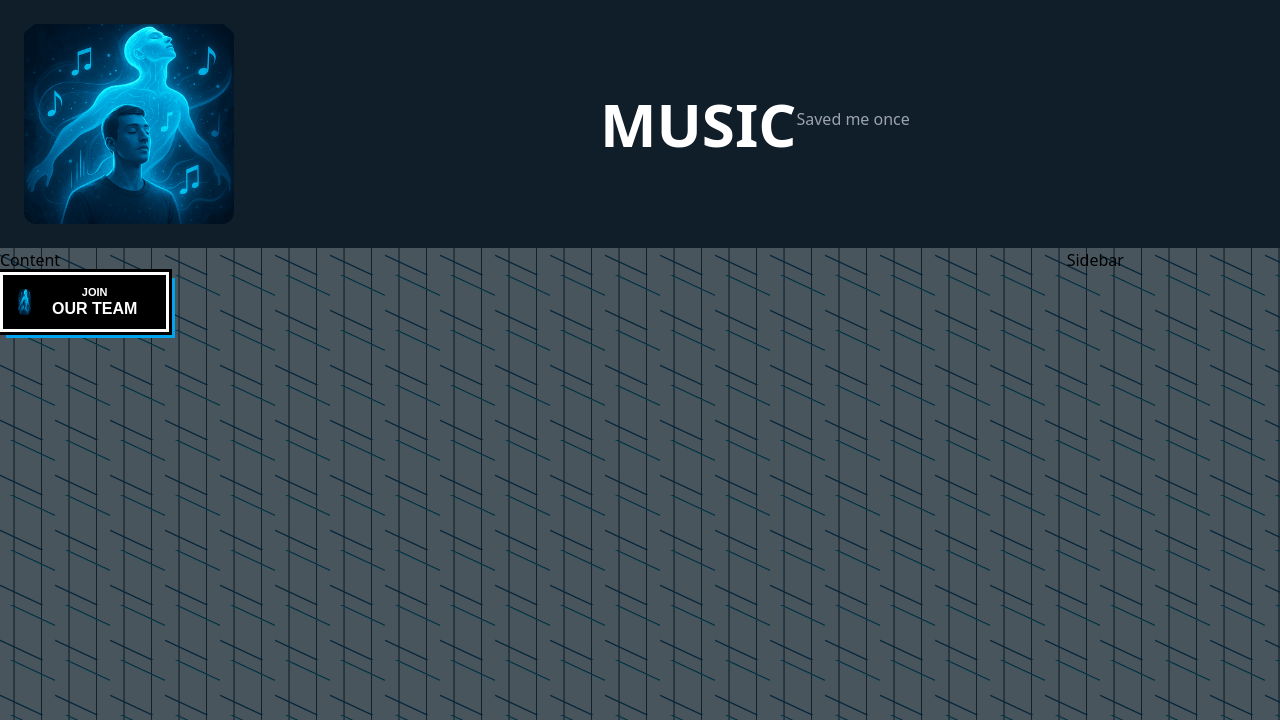
Repository: ItsMe-Pal/something
Page: index.html
An editor plug-in stored every save of this project. The page is shown before and after a run of saves, followed by the edit.
The browser window is 1280 px wide. The pictures show the whole page.
The style sheet was rebuilt from its Sass, Less or Tailwind sources for each picture, by a compiler version that may differ from the author's.

Above is the page before, as saved 2025-06-22 19:01:58.

### index.html
<!DOCTYPE html>
<html lang="en">
<head>
    <meta charset="UTF-8">
    <meta name="viewport" content="width=device-width, initial-scale=1.0">
    <title></title>

    <link rel="stylesheet" href="/manifest.json">

    <script src="https://cdn.jsdelivr.net/npm/@tailwindcss/browser@4"></script>
    <script src="https://code.jquery.com/jquery-3.7.1.js" integrity="sha256-eKhayi8LEQwp4NKxN+CfCh+3qOVUtJn3QNZ0TciWLP4=" crossorigin="anonymous"></script>

    <link rel="stylesheet" href="/styles/main.css">
</head>
<body>
    <div id="bg">

    <div class="relative flex gap-[2%] flex-wrap content-start">
        <div class="w-full h-[5%]">


                <header style="background-color: #0f1e29;">
                    <nav class="mx-auto flex max-w-7xl items-center justify-center gap-5 p-6 lg:px-8" aria-label="Global">
                      <div class="flex lg:justify-center">

                          <img class="h-50 w-auto rounded-xl" src="/imgs/icons/icon-512x512.png" alt="" />
                      </div>


                      <div class=" lg:flex lg:flex-1 lg:justify-center">
                        <span class="word1">MUSIC</span>
                        <p class="word2">Saved me once</p>
                       </div>
                    </nav>

                  </header>
        </div>
        <div class="grow h-3/4">Content</div>
        <div class="w-1/6 h-3/4">Sidebar</div>
        <div class="w-full h-[5%]">
            <button class="brutalist-button">
                <div class="-logo">
                    <img class="-logo-icon" src="/imgs/icons/icon-512x512.png" alt="">
                </div>
                <div class="button-text">
                    <a href="http://">
                        <span>Join</span>
                        <span>Our team</span>
                    </a>
                </div>
              </button>

        </div>
      </div>

    </div>
    <script src="/src/main.js"></script>




</body>
</html>

### styles/main.scss
@use "./customs.scss";


#bg {
    position: relative;
    width: 100%;
    height: 100vh;
    --color: #001f3fe8;
    background-color: #0f1e2980;
    background-image: linear-gradient(205deg, transparent 24%, var(--color) 25%, #0e7e87 26%, transparent 27%, transparent 74%, rgba(0, 58, 86, 0.9098039216) 75%, var(--color) 76%, transparent 77%, transparent), linear-gradient(90deg, transparent 24%, var(--color) 25%, rgba(27, 26, 17, 0.9098039216) 26%, transparent 27%, transparent 74%, rgba(19, 18, 19, 0.9098039216) 75%, var(--color) 76%, transparent 77%, transparent);
    background-size: 55px 55px;
  }
#bg:before {
    content: "";
    position: absolute;
    left: 0;
    top: 0;
    width: 100%;
    background-color: #0f1e2980;
    height: 100%;
}
  .word1 {
    font-size: 3.75rem;
    line-height: 1;
    font-weight: 700;
    color: #fff
  }
  .word2 {
    margin-top: 0.75rem;
    margin-bottom: 0.75rem;
    line-height: 1.625;
    color: rgba(156, 163, 175, 1);
  }


  /* From Uiverse.io by 0xnihilism */
.brutalist-button {
    display: flex;
    align-items: center;
    cursor: pointer;
    width: 169px;
    height: 60px;
    background-color: #000;
    color: #fff;
    text-decoration: none;
    font-family: Arial, sans-serif;
    font-weight: bold;
    border: 3px solid #fff;
    outline: 3px solid #000;
    box-shadow: 6px 6px 0 #00a4ef;
    transition: all 0.1s ease-out;
    padding: 0 15px;
    box-sizing: border-box;
    position: relative;
    overflow: hidden;
  }

  .brutalist-button::before {
    content: "";
    position: absolute;
    top: 0;
    left: -100%;
    width: 100%;
    height: 100%;
    background: linear-gradient(
      90deg,
      transparent,
      rgba(255, 255, 255, 0.8),
      transparent
    );
    z-index: 1;
    transition: none;
    /* Initially hide the pseudo-element */
    opacity: 0;
  }

  @keyframes slide {
    0% {
      left: -100%;
    }
    100% {
      left: 100%;
    }
  }

  .brutalist-button:hover::before {
    /* Show the pseudo-element on hover */
    opacity: 1;
    animation: slide 2s infinite;
  }

  .brutalist-button:hover {
    transform: translate(-4px, -4px);
    box-shadow: 10px 10px 0 #000;
    background-color: #000;
    color: #fff;
  }

  @keyframes slide {
    0% {
      left: -100%;
    }
    100% {
      left: 100%;
    }
  }

  .brutalist-button:active {
    transform: translate(4px, 4px);
    box-shadow: 0px 0px 0 #00a4ef;
    background-color: #fff;
    color: #000;
    border-color: #000;
  }

  /* Rest of the CSS remains the same */

  .-logo {
    display: grid;
    grid-template-columns: repeat(2, 1fr);
    gap: 1px;
    width: 26px;
    height: 26px;
    margin-right: 8px;
    flex-shrink: 0;
    transition: transform 0.2s ease-out;
    position: relative;
    z-index: 1;
  }

  .brutalist-button:hover .-logo {
    transform: rotate(-10deg) scale(1.1);
  }

  .brutalist-button:active .-logo {
    transform: rotate(10deg) scale(0.9);
  }

  .-logo-icon {
    border-radius: 30%;
    width: 100%;
    height: 100%;
  }


  .button-text {
    display: flex;
    flex-direction: column;
    line-height: 1.2;
    transition: transform 0.2s ease-out;
    position: relative;
    z-index: 1;
  }

  .brutalist-button:hover .button-text {
    transform: skew(-5deg);
  }

  .brutalist-button:active .button-text {
    transform: skew(5deg);
  }

  .button-text span:first-child {
    font-size: 11px;
    text-transform: uppercase;
    display: block;
  }

  .button-text span:last-child {
    font-size: 16px;
    text-transform: uppercase;
  }

Loaded but not shown: manifest.json (58 lines, source omitted); src/main.js (6 lines, source omitted); styles/customs.scss (846 lines, source omitted)

After the next 6 saves:
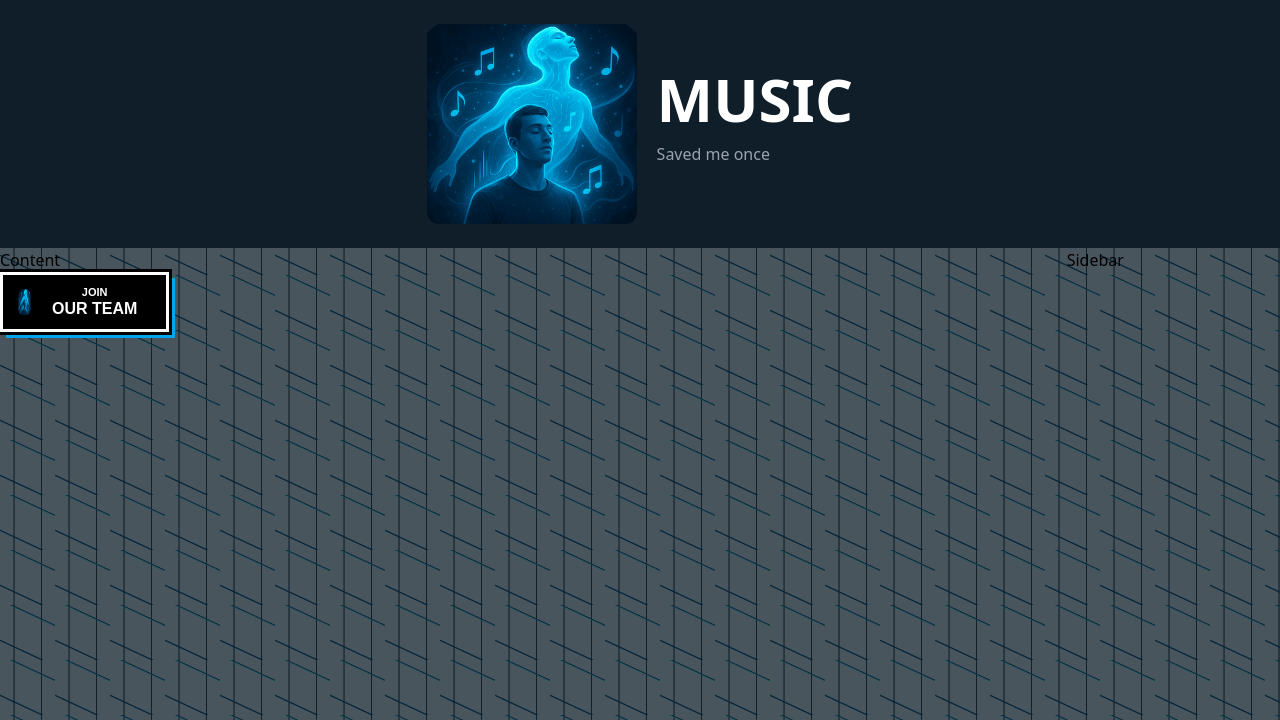
The 6 saves are shown as one change because they came seconds apart.
The last was saved 26 s later.
--- a/index.html
+++ b/index.html
@@ -21,13 +21,12 @@
 
                 <header style="background-color: #0f1e29;">
                     <nav class="mx-auto flex max-w-7xl items-center justify-center gap-5 p-6 lg:px-8" aria-label="Global">
-                      <div class="flex lg:justify-center">
 
                           <img class="h-50 w-auto rounded-xl" src="/imgs/icons/icon-512x512.png" alt="" />
-                      </div>
 
 
-                      <div class=" lg:flex lg:flex-1 lg:justify-center">
+
+                      <div >
                         <span class="word1">MUSIC</span>
                         <p class="word2">Saved me once</p>
                        </div>
